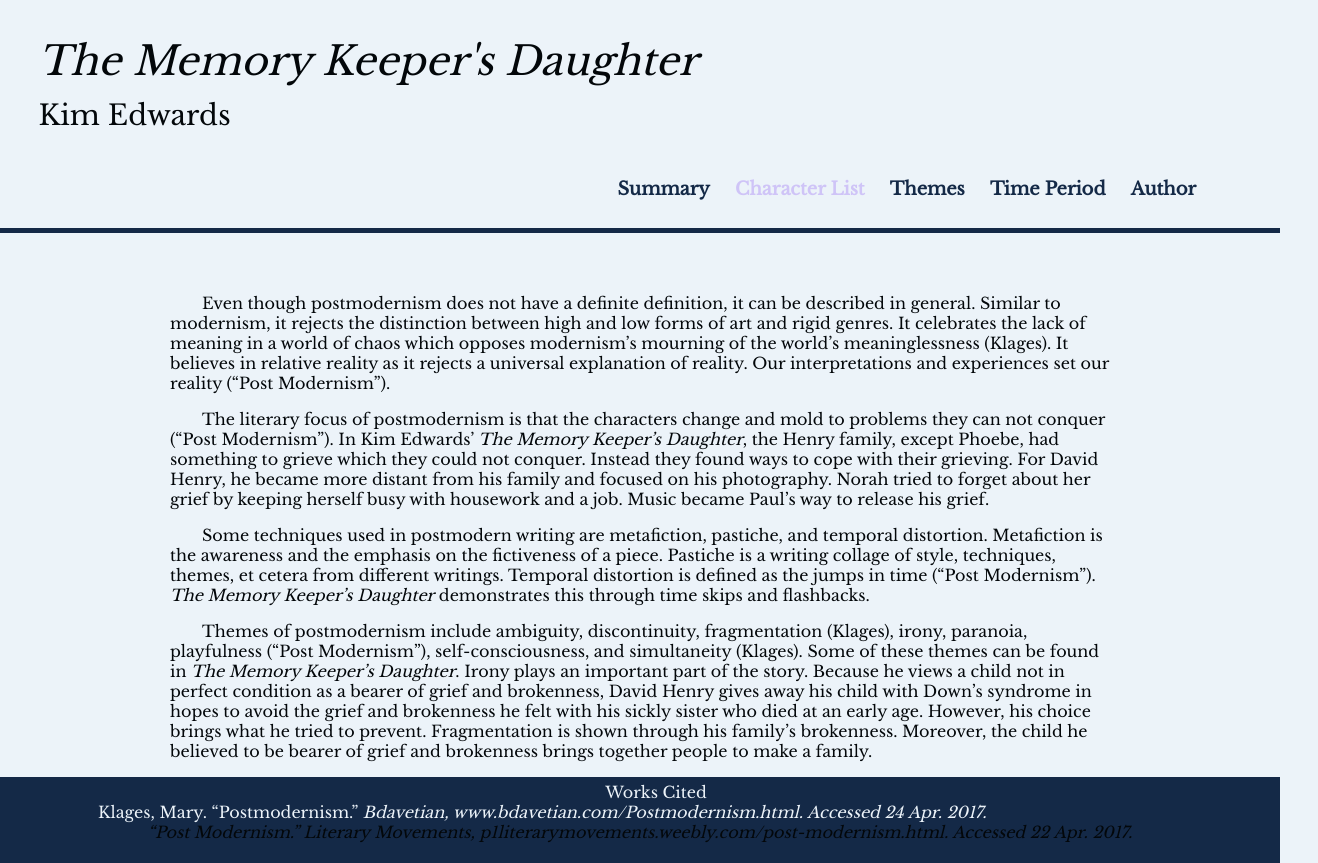
Repository: maliya241/american-lit-novel-project
Page: time.html
The author's editor kept a record of every edit. The page is drawn from the files as they stood at one moment, then again after the next edit.
The browser window is 1280 px wide. The page is 1318 px wide, so the pictures cover 1318 px, including what lies to the right of the window. The pictures show the whole page.

Above is the page before.

After the next edit:
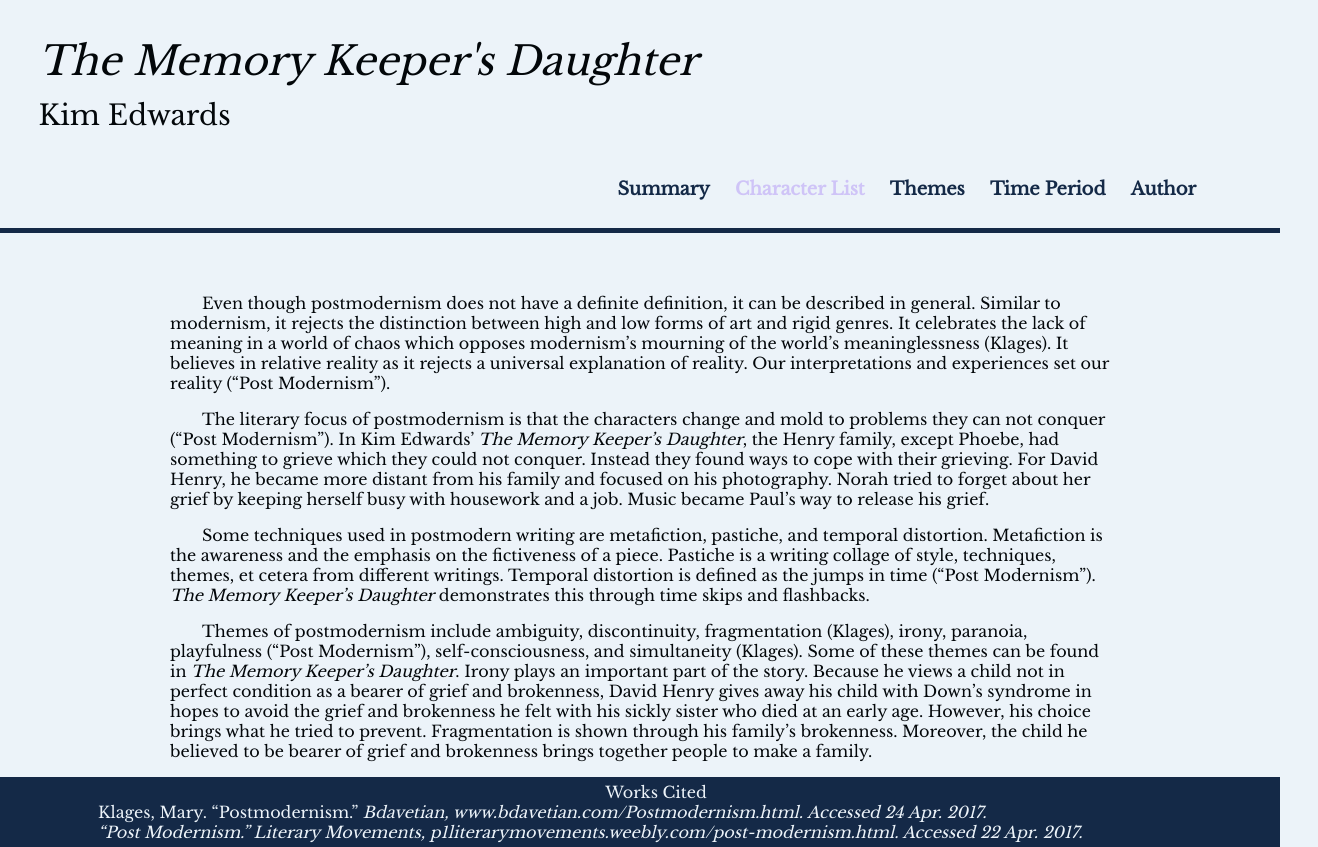
The edit:
--- a/time.html
+++ b/time.html
@@ -33,12 +33,8 @@
       </div>
       <footer>
           <p class="wrapper">Works Cited</p>
-          <p class="wrapper footercitation">Klages, Mary. “Postmodernism.” <i>Bdavetian<i>, www.bdavetian.com/Postmodernism.html.
-Accessed 24 Apr. 2017. </p>
-
-“Post Modernism.” <i>Literary Movements</i>, p1literarymovements.weebly.com/post-modernism.html. Accessed 22 Apr. 2017.
-
-</p>
+          <p class="wrapper footercitation">Klages, Mary. “Postmodernism.” <i>Bdavetian<i>, www.bdavetian.com/Postmodernism.html. Accessed 24 Apr. 2017. </p>
+          <p class="wrapper footercitation">“Post Modernism.” <i>Literary Movements</i>, p1literarymovements.weebly.com/post-modernism.html. Accessed 22 Apr. 2017. </p>
         </footer>
     </body>
 </html>
